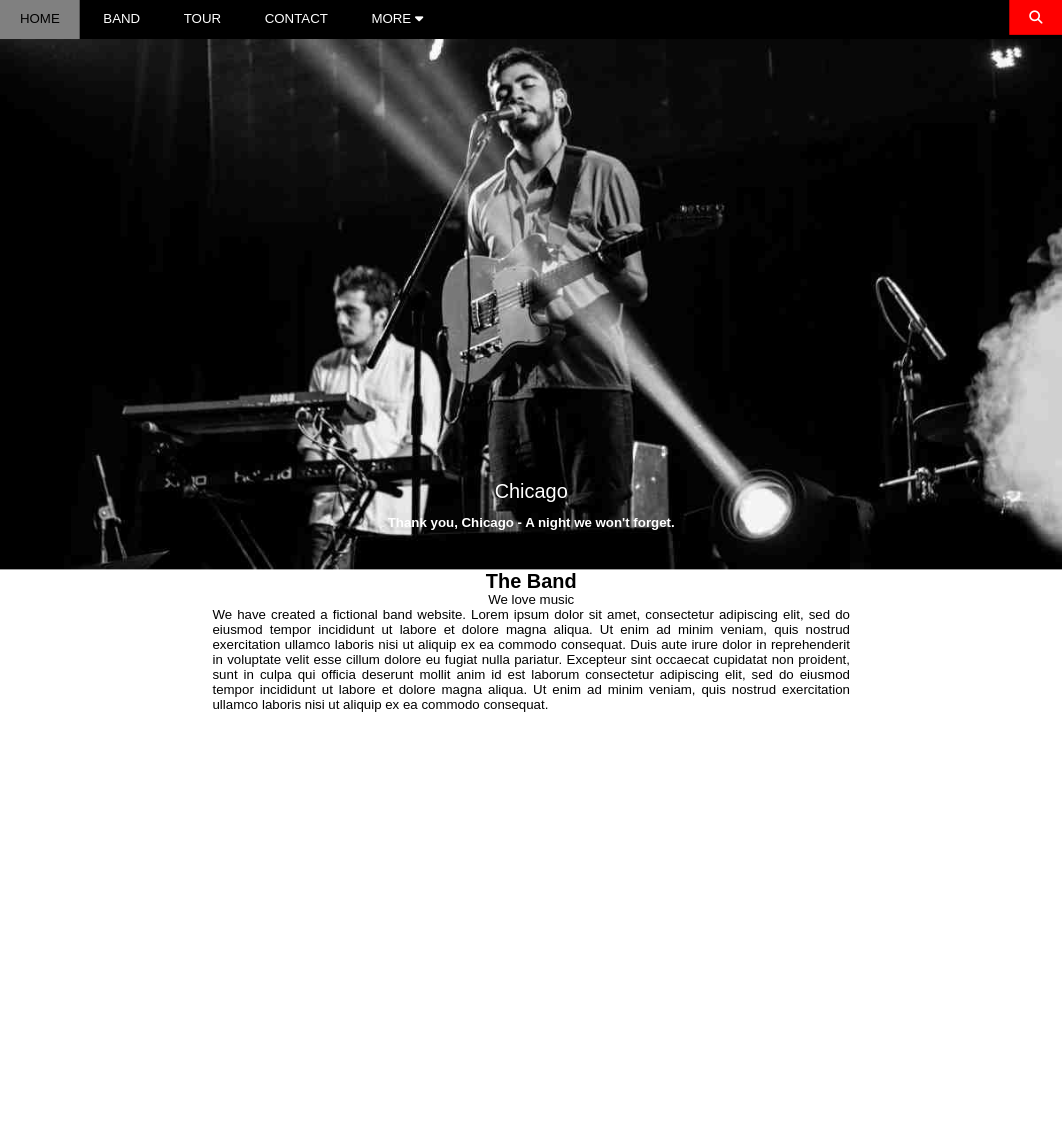
Repository: ngotranphuongbao/theband
Page: index.html
An editor plug-in stored every save of this project. The page is shown before and after the next save, followed by the edit.
The browser window is 1280 px wide. The pictures show the whole page, at 83% of full size.
Some web libraries are served in a nearby version.

Above is the page before, as saved 2022-12-21 19:22:45.

After the next save:
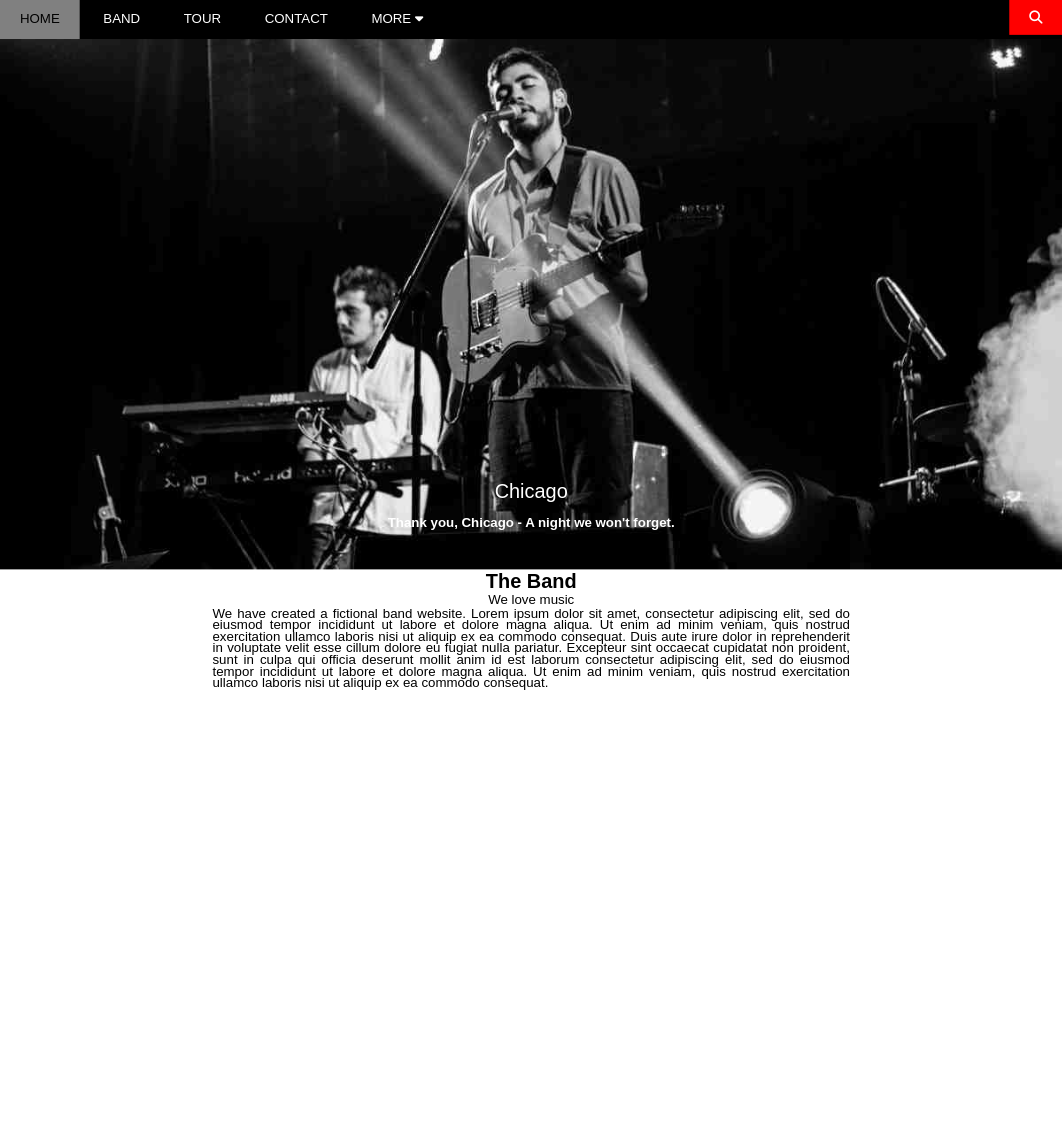
Saved 7 s later.
--- a/assets/css/style.css
+++ b/assets/css/style.css
@@ -138,6 +138,7 @@
 
 #the-band-about {
     text-align: justify;
+    line-height: 14px;
 }
 #footer {
 
